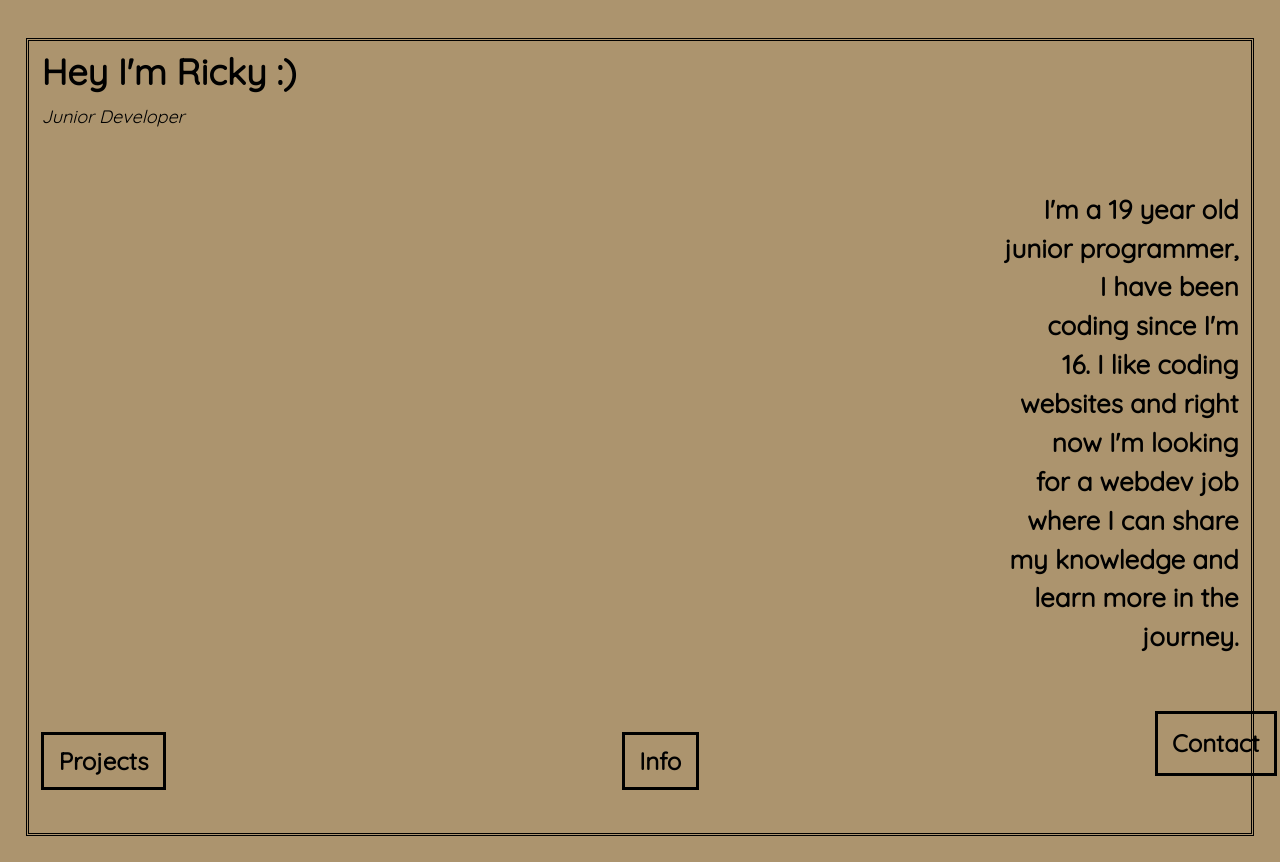
Repository: rickypcyt/ricky-react-portfolio
Page: /
The author's editor kept a copy of each file at every save. The page is drawn from the files as they stood at one save, then again after a run of saves.
The browser window is 1280 px wide. The pictures show the whole page.
The project was rebuilt for these pictures with package versions that can differ from the ones it lists, and the page was loaded fresh each time. Also part of the build but not shown: src/pages/Info.js, src/pages/Projects.js, src/pages/Contact.js, src/pages/WebMural.js, src/pages/NotesJS.js.

Above is the page before, as saved 2022-09-12 15:08:27.

After the next 3 saves:
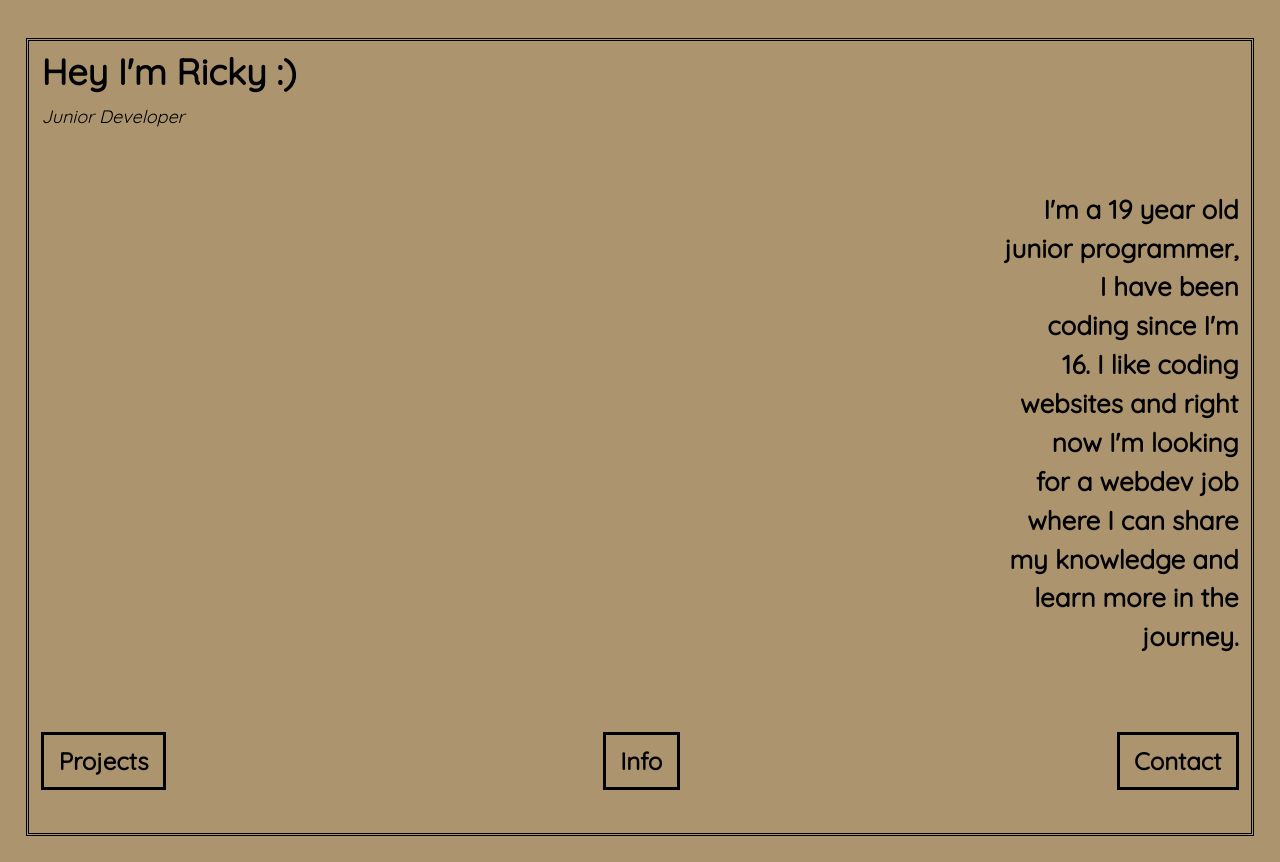
The 3 saves are shown as one change because they came seconds apart.
The last was saved 10 s later.
--- a/src/Content.js
+++ b/src/Content.js
@@ -35,9 +35,9 @@ export default function Content() {
               <div className="oli">
                 <CustomLink to="info">Info</CustomLink>
               </div>
-              <CustomLink to="contact" className="oli">
-                Contact
-              </CustomLink>
+              <div className="oli">
+                <CustomLink to="contact">Contact</CustomLink>
+              </div>
             </ol>
           </nav>
         </div>
